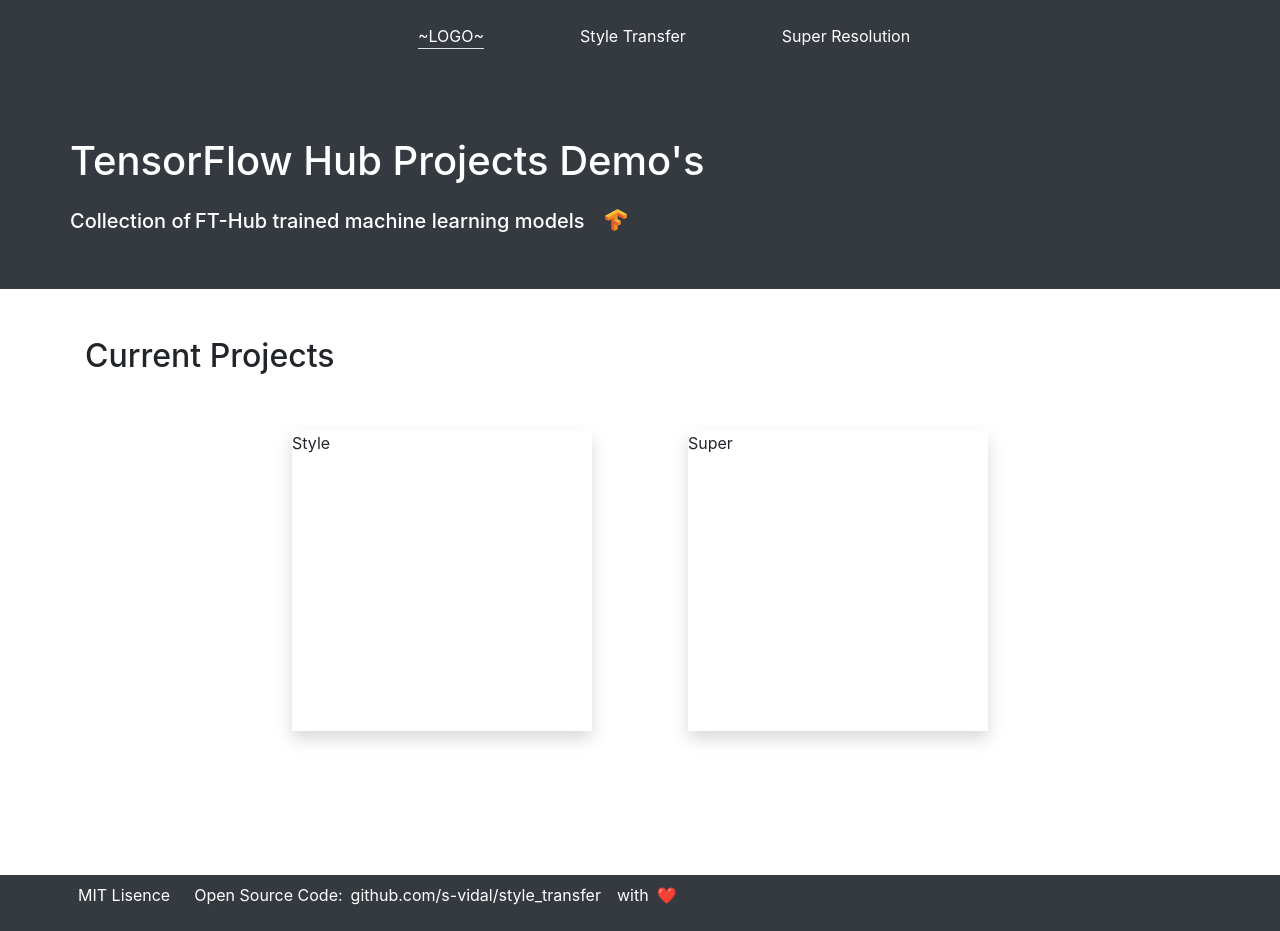
Repository: s-vidal/style_transfer
Page: / (app in client/)
These files come from the project's save history. The page is drawn as it stood at one moment and after the next save; the edit follows.
The browser window is 1280 px wide. The pictures show the whole page.
The page's requests for data from a server got no answer. The project was rebuilt for these pictures with package versions that can differ from the ones it lists, and the page was loaded fresh each time. A package was used in the major version that the imports need, not the one package.json lists. No one was signed in, and anything a server would have sent is missing. Also part of the build but not shown: client/src/components/DropZone.jsx, client/src/lib/api.js, client/src/components/Inference.jsx, client/src/components/Header.jsx, client/src/pages/StyleTransfer.jsx, client/src/pages/SuperResolution.jsx.

Above is the page before, as saved 2020-09-30 14:28:04.

### client/public/index.html
<!DOCTYPE html>
<html lang="en">
  <head>
    <meta charset="utf-8" />
    <link rel="icon" href="%PUBLIC_URL%/favicon.ico" />
    <meta name="viewport" content="width=device-width, initial-scale=1" />
    <meta name="theme-color" content="#000000" />
    <meta
      name="description"
      content="Web site created using create-react-app"
    />
    <link rel="apple-touch-icon" href="%PUBLIC_URL%/logo192.png" />
    <!--
      manifest.json provides metadata used when your web app is installed on a
      user's mobile device or desktop. See https://developers.google.com/web/fundamentals/web-app-manifest/
    -->
    <link rel="manifest" href="%PUBLIC_URL%/manifest.json" />
    <!--
      Notice the use of %PUBLIC_URL% in the tags above.
      It will be replaced with the URL of the `public` folder during the build.
      Only files inside the `public` folder can be referenced from the HTML.

      Unlike "/favicon.ico" or "favicon.ico", "%PUBLIC_URL%/favicon.ico" will
      work correctly both with client-side routing and a non-root public URL.
      Learn how to configure a non-root public URL by running `npm run build`.
    -->
    <!-- CSS only -->
    <link
      rel="stylesheet"
      href="https://stackpath.bootstrapcdn.com/bootstrap/4.5.2/css/bootstrap.min.css"
      integrity="sha384-JcKb8q3iqJ61gNV9KGb8thSsNjpSL0n8PARn9HuZOnIxN0hoP+VmmDGMN5t9UJ0Z"
      crossorigin="anonymous"
    />
    <title>React App</title>
  </head>
  <body>
    <noscript>You need to enable JavaScript to run this app.</noscript>
    <div id="root"></div>
    <!--
      This HTML file is a template.
      If you open it directly in the browser, you will see an empty page.

      You can add webfonts, meta tags, or analytics to this file.
      The build step will place the bundled scripts into the <body> tag.

      To begin the development, run `npm start` or `yarn start`.
      To create a production bundle, use `npm run build` or `yarn build`.
    -->
    <!-- JS, Popper.js, and jQuery -->
    <script
      src="https://code.jquery.com/jquery-3.5.1.slim.min.js"
      integrity="sha384-DfXdz2htPH0lsSSs5nCTpuj/zy4C+OGpamoFVy38MVBnE+IbbVYUew+OrCXaRkfj"
      crossorigin="anonymous"
    ></script>
    <script
      src="https://cdn.jsdelivr.net/npm/popper.js@1.16.1/dist/umd/popper.min.js"
      integrity="sha384-9/reFTGAW83EW2RDu2S0VKaIzap3H66lZH81PoYlFhbGU+6BZp6G7niu735Sk7lN"
      crossorigin="anonymous"
    ></script>
    <script
      src="https://stackpath.bootstrapcdn.com/bootstrap/4.5.2/js/bootstrap.min.js"
      integrity="sha384-B4gt1jrGC7Jh4AgTPSdUtOBvfO8shuf57BaghqFfPlYxofvL8/KUEfYiJOMMV+rV"
      crossorigin="anonymous"
    ></script>
  </body>
</html>

### client/src/App.js
import React from "react";
import {BrowserRouter as Router, Switch, Route} from "react-router-dom";
import "./App.css";
import StyleTransfer from "./pages/StyleTransfer";
import SuperResolution from "./pages/SuperResolution";
import Footer from "./components/Footer";
import NavBar from "./components/NavBar";
import HomePage from "./pages/HomePage";

function App() {
  return (
    <div>
      <Router>
        <NavBar />
        <Switch>
          <Route path="/super-resolution">
            <SuperResolution />
          </Route>
          <Route path="/style-transfer">
            <StyleTransfer />
          </Route>
          <Route path="/">
            <HomePage />
          </Route>
        </Switch>
        <Footer />
      </Router>
    </div>
  );
}

export default App;

### client/src/App.css
.vh-59 {
  min-height: 58.6vh;
}

.italic {
  font-style: italic;
}

### client/src/components/Footer.jsx
import React from "react";

const Footer = () => {
  return (
    <div className="text-white bg-dark">
      <div className="container mt-5">
        <div className="row p-2 mt-4">
          <p className="mr-4">MIT Lisence</p>
          <p>Open Source Code:</p>
          <a
            className="ml-2 text-white"
            href="https://github.com/s-vidal/style_transfer"
          >
            <span>github.com/s-vidal/style_transfer</span>
          </a>
          <p className="ml-3 mr-1"> with </p>
          <span role="img" aria-label="emoji" className="ml-1">
            ❤️
          </span>
        </div>
      </div>
    </div>
  );
};

export default Footer;

### client/src/components/NavBar.jsx
import React, {useState, useEffect} from "react";
import {Link, useLocation} from "react-router-dom";
import "./NavBar.css";

const NavBar = () => {
  const [currentPage, setCurrentPage] = useState("");
  const location = useLocation();

  useEffect(() => {
    const currentPath = location.pathname;
    setCurrentPage(currentPath.substring(1));
  }, [location]);

  return (
    <nav className="navbar navbar-expand-lg d-flex justify-content-center bg-dark pt-3 pb-3">
      <ul className="navbar-nav">
        <li className="nav-item">
          <Link className="nav-link pl-5 pr-5" to={"/"}>
            <div className="ml-5 ">
              <p
                className={
                  currentPage === ""
                    ? "text-white nav-text active border-bottom"
                    : "text-white nav-text"
                }
              >
                ~LOGO~
              </p>
            </div>
          </Link>
        </li>
        <li className="nav-item">
          <Link
            className="nav-link pl-5 pr-5 text-white"
            to={"/style-transfer"}
          >
            <p
              className={
                currentPage === "style-transfer"
                  ? "text-white nav-text active border-bottom"
                  : "text-white nav-text"
              }
            >
              Style Transfer
            </p>
          </Link>
        </li>
        <li className="nav-item active">
          <Link
            className="nav-link pl-5 pr-5 text-white"
            to={"/super-resolution"}
          >
            <p
              className={
                currentPage === "super-resolution"
                  ? "text-white nav-text active border-bottom"
                  : "text-white nav-text"
              }
            >
              Super Resolution
            </p>
          </Link>
        </li>
      </ul>
    </nav>
  );
};

export default NavBar;

### client/src/pages/HomePage.jsx
import React from "react";
import "../components/HomePage.css";

const HomePage = () => {
  return (
    <>
      <div className="bg-dark text-white p-4 pt-5 pb-5">
        <div className="container">
          <div className="row">
            <h1>TensorFlow Hub Projects Demo's</h1>
          </div>
          <div className="row mt-3">
            <h5>Collection of</h5>
            <a
              href="https://tfhub.dev/google/magenta/arbitrary-image-stylization-v1-256/2"
              className="pl-1 pr-1 text-white"
            >
              <h5>FT-Hub trained machine learning models</h5>
            </a>
            <img
              className="ml-3"
              src={require("../img/tf_logo.png")}
              alt="tf"
              width="22"
              height="22"
            ></img>
          </div>
        </div>
      </div>
      <div className="vh-59 p-5 pb-0">
        <div className="container">
          <div>
            <h2>Current Projects</h2>
          </div>
          <div className="row d-flex justify-content-center">
            <div className="home-item shadow m-5">Style</div>
            <div className="home-item shadow m-5">Super</div>
          </div>
        </div>
      </div>
    </>
  );
};

export default HomePage;

### client/src/components/NavBar.css
.nav-text:hover {
  border-bottom: 1px solid white;
}

### client/src/components/HomePage.css
.home-item {
  min-width: 300px;
  min-height: 300px;
}

Loaded but not shown: client/src/index.js (common file); client/src/index.css (common file); client/src/serviceWorker.js (common file)

After the next save:
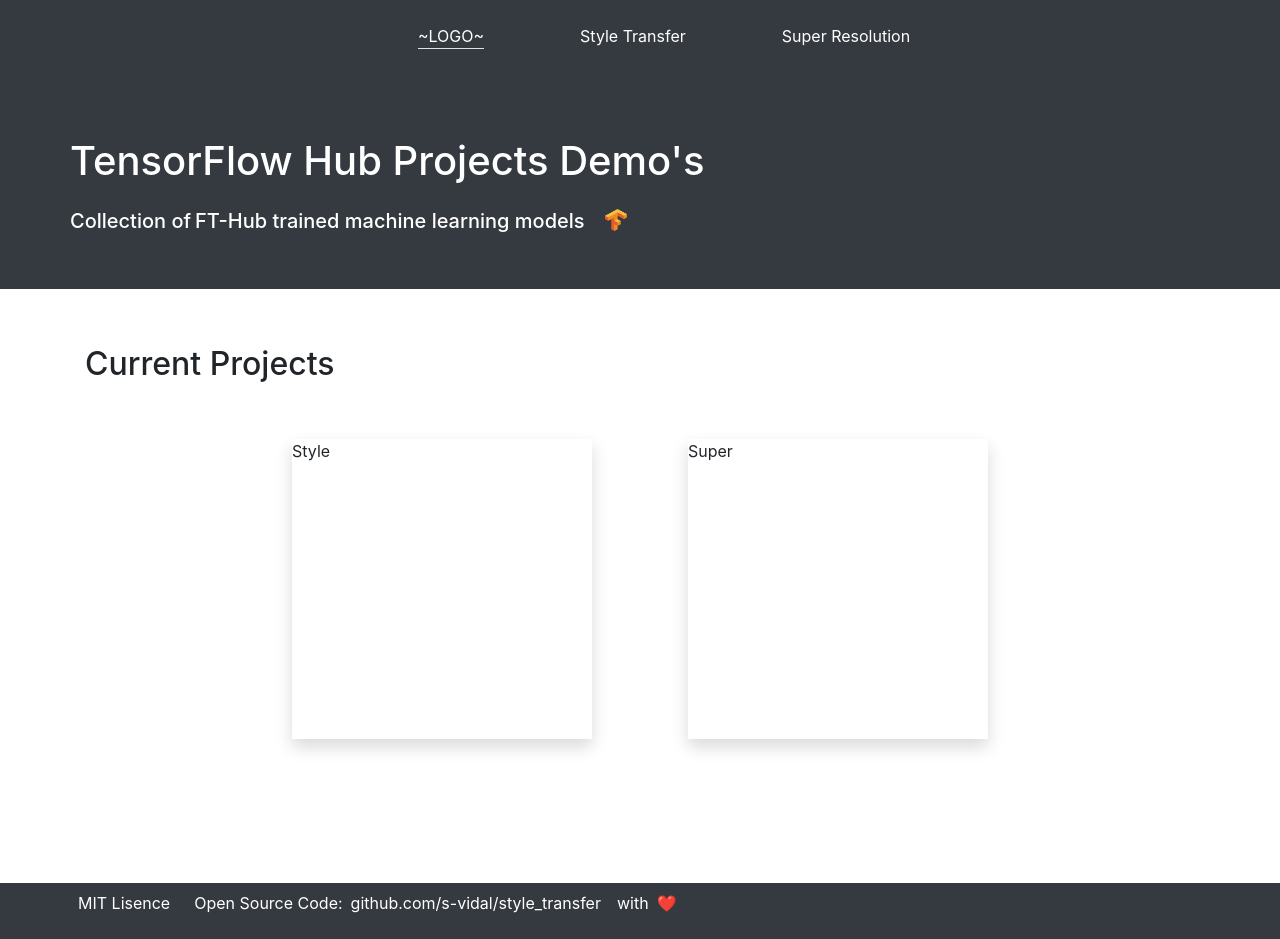
Saved 11 s later.
--- a/client/src/pages/HomePage.jsx
+++ b/client/src/pages/HomePage.jsx
@@ -30,7 +30,7 @@
       <div className="vh-59 p-5 pb-0">
         <div className="container">
           <div>
-            <h2>Current Projects</h2>
+            <h2 className="mt-2">Current Projects</h2>
           </div>
           <div className="row d-flex justify-content-center">
             <div className="home-item shadow m-5">Style</div>
